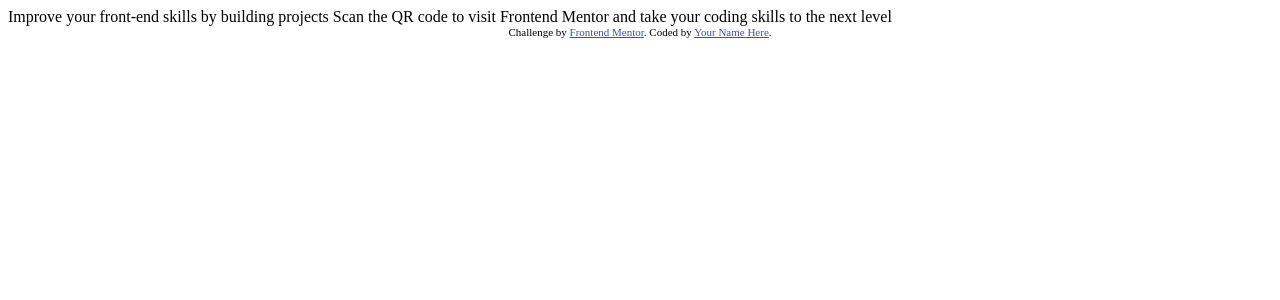
Repository: jminervino/CSS-QRCodeResponsive
Page: index.html
The author's editor kept a copy of each file at every save. The page is drawn from the files as they stood at one save, then again after the next save.
The browser window is 1280 px wide. The pictures show the whole page.

Above is the page before, as saved 2022-02-08 19:11:51.

### index.html
<!DOCTYPE html>
<html lang="en">
<head>
  <meta charset="UTF-8">
  <meta name="viewport" content="width=device-width, initial-scale=1.0"> <!-- displays site properly based on user's device -->

  <link rel="icon" type="image/png" sizes="32x32" href="./images/favicon-32x32.png">

  <title>Frontend Mentor | QR code component</title>

  <!-- Feel free to remove these styles or customise in your own stylesheet 👍 -->
  <style>
    .attribution { font-size: 11px; text-align: center; }
    .attribution a { color: hsl(228, 45%, 44%); }
  </style>
</head>
<body>
    <div class="container">
      <div class="qrcode">

      </div>
      <div>
        Improve your front-end skills by building projects

        Scan the QR code to visit Frontend Mentor and take your coding skills to the next level
      </div>
    </div>
    <div class="attribution">
      Challenge by <a href="https://www.frontendmentor.io?ref=challenge" target="_blank">Frontend Mentor</a>.
      Coded by <a href="#">Your Name Here</a>.
    </div>

</body>
</html>

After the next save:
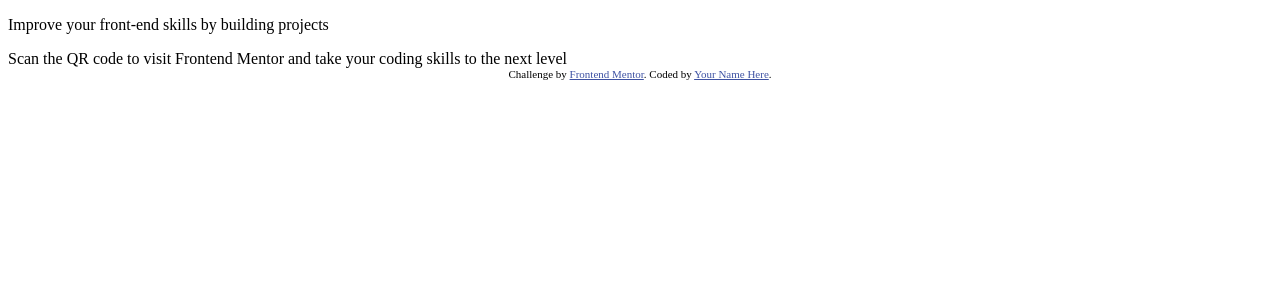
Saved 65 s later.
--- a/index.html
+++ b/index.html
@@ -16,19 +16,19 @@
 </head>
 <body>
     <div class="container">
-      <div class="qrcode">
+        <div class="qrcode">
 
+        </div>
+        <div>
+          <p>Improve your front-end skills by building projects</p>
+
+          Scan the QR code to visit Frontend Mentor and take your coding skills to the next level
+        </div>
+    </div>
+      <div class="attribution">
+        Challenge by <a href="https://www.frontendmentor.io?ref=challenge" target="_blank">Frontend Mentor</a>.
+        Coded by <a href="#">Your Name Here</a>.
       </div>
-      <div>
-        Improve your front-end skills by building projects
-
-        Scan the QR code to visit Frontend Mentor and take your coding skills to the next level
-      </div>
-    </div>
-    <div class="attribution">
-      Challenge by <a href="https://www.frontendmentor.io?ref=challenge" target="_blank">Frontend Mentor</a>.
-      Coded by <a href="#">Your Name Here</a>.
-    </div>
 
 </body>
 </html>
